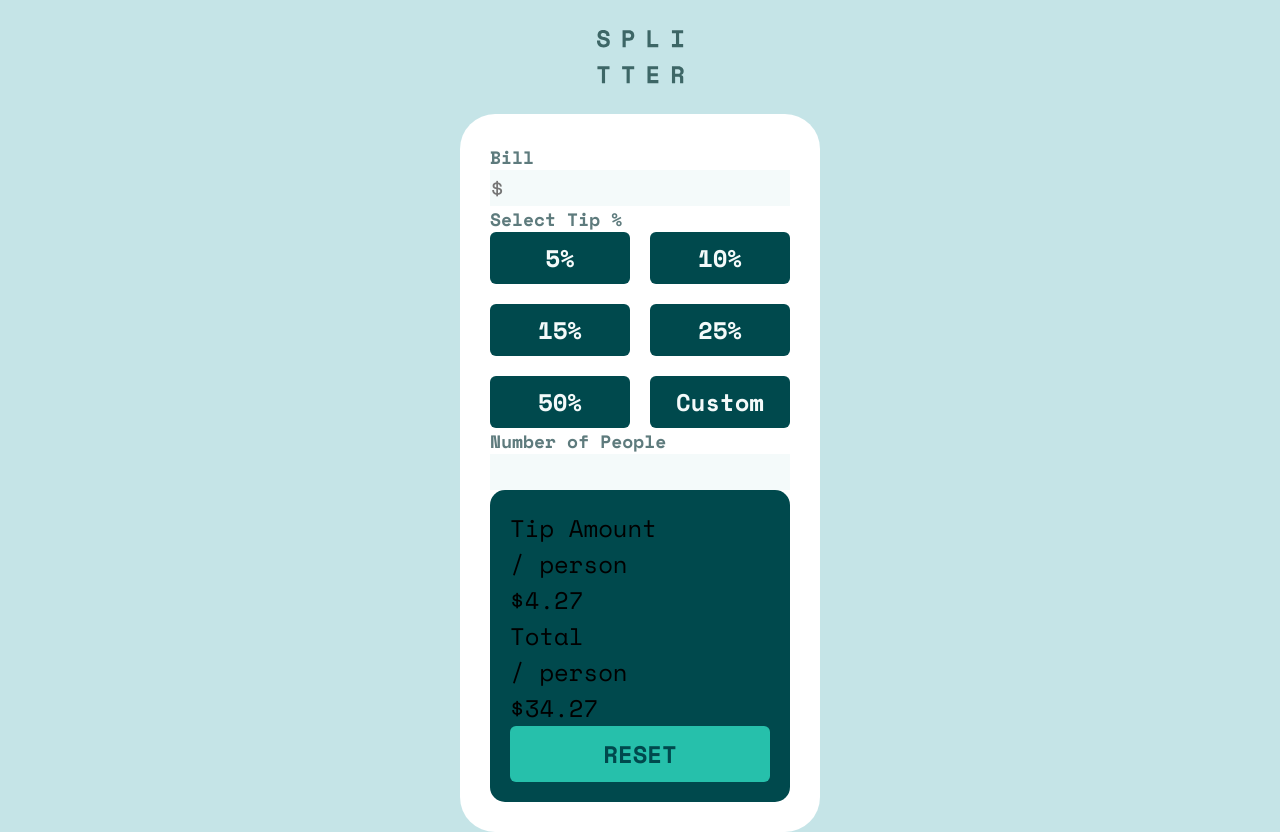
Repository: tomas938/tipcalculator
Page: /
The author's editor kept a copy of each file at every save. The page is drawn from the files as they stood at one save, then again after the next save.
The browser window is 1280 px wide. The pictures show the whole page.
The project was rebuilt for these pictures with package versions that can differ from the ones it lists, and the page was loaded fresh each time.

Above is the page before, as saved 2021-08-03 22:35:34.

### src/App.vue
<template>
	<router-view />
</template>

<style lang="scss">
@import url("https://fonts.googleapis.com/css2?family=Space+Mono:wght@400;700&display=swap");
$strong-cyan: hsl(172, 67%, 45%);
$dark-cyan: hsl(186, 14%, 43%);
$grayish-cyan: hsl(184, 14%, 43%);
$lower-grayish-cyan: hsl(184, 14%, 56%);
$light-grayish-cyan: hsl(185, 41%, 84%);
$lighter-grayish-cyan: hsl(189, 41%, 97%);
$white: hsl(0, 0%, 100%);
* {
	margin: 0;
	padding: 0;
	box-sizing: border-box;
	font-family: "Space Mono", monospace;
	font-size: 24px;
}
body {
	background-color: hsl(185, 41%, 84%);
}
</style>

### src/views/Home.vue
<template>
	<div class="logo">
		<splitter></splitter>
	</div>
</template>

<script>
import Splitter from "../components/Splitter.vue";
export default {
	name: "Home",
	components: {
		Splitter,
	},
};
</script>
<style lang="scss" scoped></style>

### src/components/Splitter.vue
<template>
	<div class="splitter">
		<svg xmlns="http://www.w3.org/2000/svg" width="87" height="54">
			<path
				fill="#3D6666"
				d="M6.72 17.472c.944 0 1.792-.12 2.544-.36s1.392-.584 1.92-1.032a4.476 4.476 0 001.212-1.62c.28-.632.42-1.34.42-2.124v-.288c0-1.472-.464-2.584-1.392-3.336-.928-.752-2.272-1.288-4.032-1.608a14.615 14.615 0 01-1.74-.408c-.456-.144-.824-.308-1.104-.492-.28-.184-.476-.392-.588-.624a1.771 1.771 0 01-.168-.78c0-.56.232-1.004.696-1.332.464-.328 1.096-.492 1.896-.492.944 0 1.676.248 2.196.744.52.496.78 1.08.78 1.752v.576h3.168v-.864a5 5 0 00-.396-1.968 4.762 4.762 0 00-1.176-1.656C10.436 1.08 9.792.7 9.024.42 8.256.14 7.376 0 6.384 0c-.88 0-1.676.12-2.388.36s-1.32.576-1.824 1.008c-.504.432-.896.94-1.176 1.524-.28.584-.42 1.22-.42 1.908v.144c0 .832.144 1.536.432 2.112a3.978 3.978 0 001.212 1.44c.52.384 1.132.692 1.836.924.704.232 1.48.42 2.328.564.64.112 1.168.248 1.584.408.416.16.744.34.984.54s.408.424.504.672c.096.248.144.508.144.78 0 .576-.232 1.072-.696 1.488-.464.416-1.176.624-2.136.624-1.232 0-2.14-.3-2.724-.9-.584-.6-.876-1.404-.876-2.412v-.576H0v.72c0 .88.144 1.692.432 2.436a5.47 5.47 0 001.272 1.944c.56.552 1.26.984 2.1 1.296.84.312 1.812.468 2.916.468zm22-.336V10.8h3.408c.864 0 1.616-.144 2.256-.432a4.707 4.707 0 001.596-1.14 4.833 4.833 0 00.96-1.608c.216-.6.324-1.212.324-1.836v-.576c0-.608-.108-1.204-.324-1.788a4.625 4.625 0 00-.96-1.56A4.737 4.737 0 0034.384.756c-.64-.28-1.392-.42-2.256-.42h-6.576v16.8h3.168zm3.096-9.36H28.72V3.36h3.096c.704 0 1.26.192 1.668.576.408.384.612.88.612 1.488v.288c0 .608-.204 1.104-.612 1.488-.408.384-.964.576-1.668.576zm29.464 9.36v-3.024h-7.632V.336H50.48v16.8h10.8zm24.88 0v-3.024h-4.032V3.36h4.032V.336H74.928V3.36h4.032v10.752h-4.032v3.024H86.16zm-78.096 36V39.36h4.464v-3.024H.432v3.024h4.464v13.776h3.168zm24.688 0V39.36h4.464v-3.024H25.12v3.024h4.464v13.776h3.168zm28.624 0v-3.024h-7.728v-3.888H60.8V43.2h-7.152v-3.84h7.44v-3.024H50.48v16.8h10.896zm16.744 0V46.8h3.648c.464 0 .796.12.996.36.2.24.3.552.3.936v5.04h3.168v-5.808c0-.56-.164-1.024-.492-1.392-.328-.368-.772-.584-1.332-.648v-.432c.768-.32 1.336-.78 1.704-1.38a3.63 3.63 0 00.552-1.932v-.576c0-.64-.116-1.24-.348-1.8a4.332 4.332 0 00-1.008-1.476c-.44-.424-.988-.756-1.644-.996-.656-.24-1.416-.36-2.28-.36h-6.432v16.8h3.168zm3.024-9.36H78.12V39.36h3.024c.768 0 1.352.204 1.752.612.4.408.6.892.6 1.452v.288c0 .656-.2 1.164-.6 1.524-.4.36-.984.54-1.752.54z"
			/>
		</svg>
		<div class="calculator">
			<h3>Bill</h3>
			<input type="text" placeholder="$" />
			<h3>Select Tip %</h3>
			<div class="calculator__grid">
				<div class="calculator__grid__item item-1"><p>5%</p></div>
				<div class="calculator__grid__item item-2"><p>10%</p></div>
				<div class="calculator__grid__item item-3"><p>15%</p></div>
				<div class="calculator__grid__item item-4"><p>25%</p></div>
				<div class="calculator__grid__item item-5"><p>50%</p></div>
				<div class="calculator__grid__item item-6"><p>Custom</p></div>
			</div>
			<h3>Number of People</h3>
			<input type="text" />
			<div class="calculator__result">
				<div class="result">
					<div class="information">
						<p>Tip Amount</p>
						<span>/ person</span>
					</div>
					<div class="price">
						<p>$4.27</p>
					</div>
				</div>
				<div class="result">
					<div class="information">
						<p>Total</p>
						<span>/ person</span>
					</div>
					<div class="price">
						<p>$34.27</p>
					</div>
				</div>
				<div class="result"></div>
				<button>Reset</button>
			</div>
		</div>
	</div>
</template>

<script>
export default {};
</script>

<style lang="scss" scoped>
.splitter {
	display: flex;
	flex-direction: column;
	align-items: center;
}
.calculator {
	background-color: hsl(0, 0%, 100%);
	padding: 30px;
	border-radius: 35px;
	&__grid {
		display: grid;
		grid-gap: 20px;
		grid-template-columns: repeat(2, 1fr);
		grid-template-rows: repeat(3, 1fr);
		color: hsl(189, 41%, 97%);
		font-weight: 700;
		text-align: center;
	}
	&__grid__item {
		width: 100%;
		margin: auto;
		padding: 8px 0;
		border-radius: 6px;
		background-color: hsl(183, 100%, 15%);
		&:hover {
			transition: all 0.3s ease-in-out;
			background-color: hsl(172, 67%, 45%);
			color: hsl(183, 100%, 15%);
		}
	}
	&__result {
		display: flex;
		flex-direction: column;
		border-radius: 15px;
		padding: 20px;
		background-color: hsl(183, 100%, 15%);
		button {
			border-radius: 6px;
			padding: 10px 0;
			font-weight: 700;
			color: hsl(183, 100%, 15%);
			text-transform: uppercase;
			background-color: hsl(172, 67%, 45%);
			outline: none;
			border: none;
		}
	}
}
svg {
	margin: 30px 0;
}
input {
	border: none;
	outline: none;
	background-color: hsl(189, 41%, 97%);
}
h3 {
	font-size: 18px;
	color: hsl(184, 14%, 43%);
	font-weight: 700;
}
</style>

Loaded but not shown: public/index.html (common file); src/main.js (common file); src/router/index.js (common file)

After the next save:
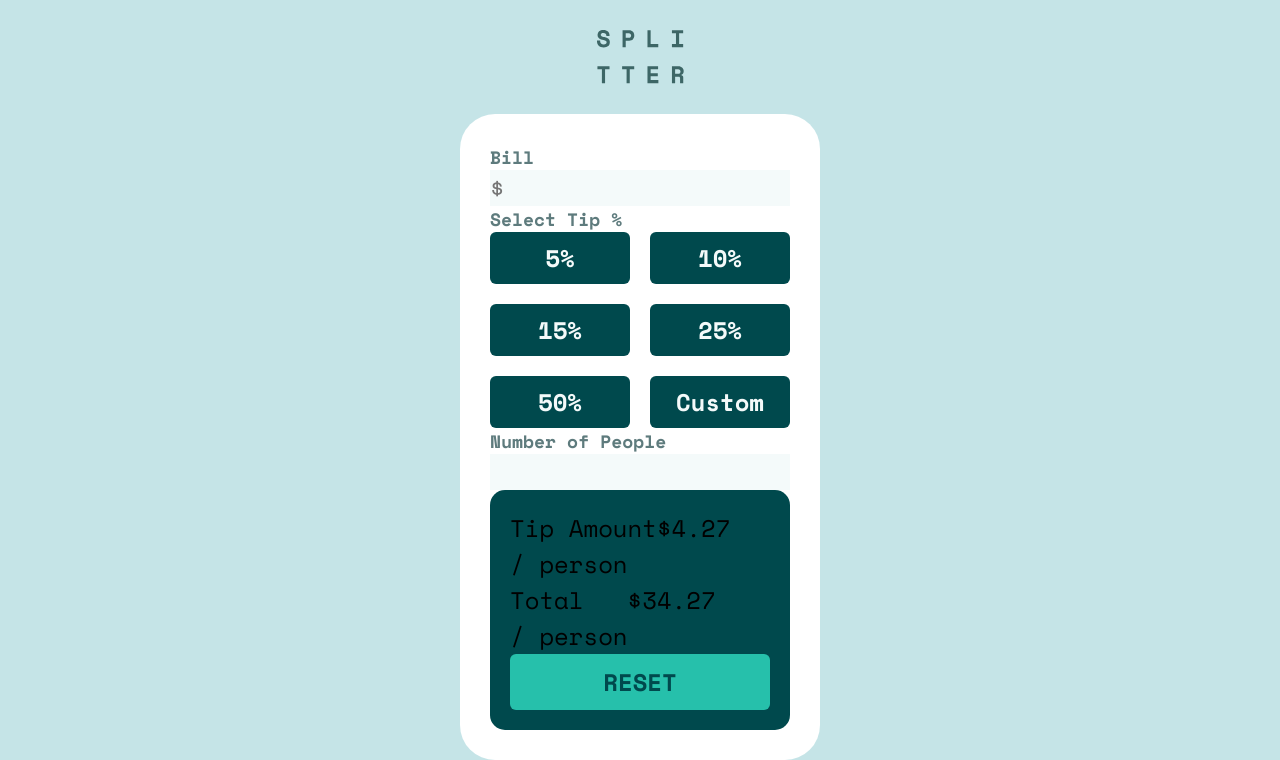
Saved 32 s later.
--- a/src/components/Splitter.vue
+++ b/src/components/Splitter.vue
@@ -87,6 +87,9 @@ export default {};
 		border-radius: 15px;
 		padding: 20px;
 		background-color: hsl(183, 100%, 15%);
+		.result {
+			display: flex;
+		}
 		button {
 			border-radius: 6px;
 			padding: 10px 0;
